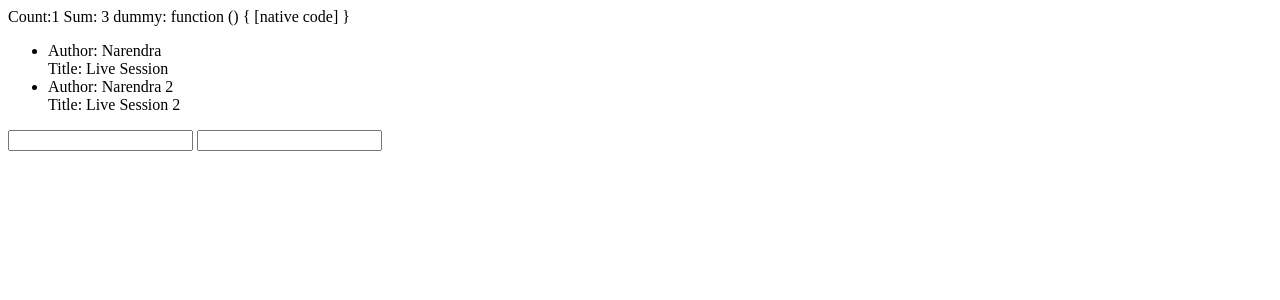
Repository: narendraiitm/may-2023-live-sessions
Page: index.html
These files come from the project's save history. The page is drawn as it stood at one moment and after the next save; the edit follows.
The browser window is 1280 px wide. The pictures show the whole page.

Above is the page before, as saved 2023-06-27 21:44:03.

### index.html
<!DOCTYPE html>
<html lang="en">
  <head>
    <meta charset="UTF-8" />
    <meta http-equiv="X-UA-Compatible" content="IE=edge" />
    <meta name="viewport" content="width=device-width, initial-scale=1.0" />
    <title>Document</title>
    <style>
      .danger {
        color: red;
      }
      .success {
        font-size: 1.5em;
      }
    </style>
  </head>
  <body>
    <div id="app"></div>
    <script src="https://cdn.jsdelivr.net/npm/vue@2/dist/vue.js"></script>
    <script src="./app.js"></script>
  </body>
</html>

### app.js
new Vue({
  // options object
  el: '#app',
  template: `
  <div>
    Count:{{count}}
    Sum: {{sum}}
    dummy: {{increeseCount}}
    <ul>
       <li v-for='blog in blogs'>
        <div>Author: {{blog.author}}</div>
        <div>Title: {{blog.title}}</div>
       </li>
    </ul>
    <input v-model='blog'></input>
    <input v-bind:value='name'></input>
  </div>
  `,
  data: {
    blogs: [
      { author: 'Narendra', title: 'Live Session' },
      { author: 'Narendra 2', title: 'Live Session 2' },
    ],
    blog: null,
    count: 1,
    a: 1,
    b: 2,
    name: null,
  },
  methods: {
    increeseCount() {
      this.b += 2
    },
  },
  computed: {
    sum() {
      return this.a + this.b
    },
  },
  watch: {
    b(newVal, oldVal) {
      const change = newVal - oldVal
      console.log(change)
    },
  },
})

After the next save:
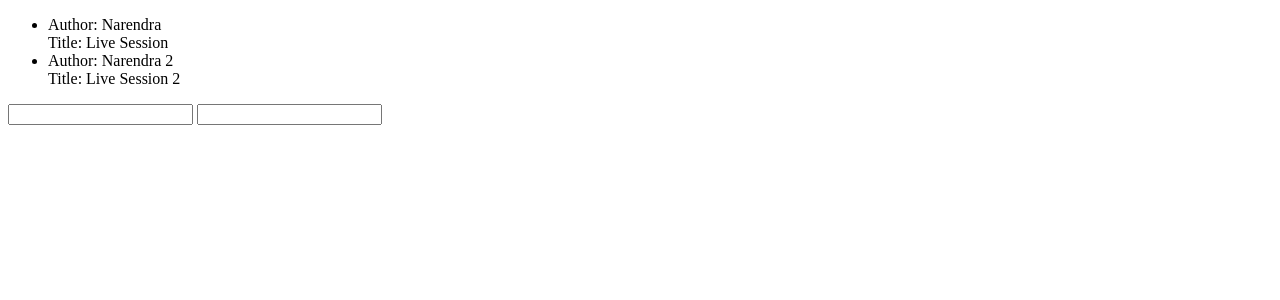
Saved 21 s later.
--- a/app.js
+++ b/app.js
@@ -3,9 +3,6 @@ new Vue({
   el: '#app',
   template: `
   <div>
-    Count:{{count}}
-    Sum: {{sum}}
-    dummy: {{increeseCount}}
     <ul>
        <li v-for='blog in blogs'>
         <div>Author: {{blog.author}}</div>
@@ -22,10 +19,6 @@ new Vue({
       { author: 'Narendra 2', title: 'Live Session 2' },
     ],
     blog: null,
-    count: 1,
-    a: 1,
-    b: 2,
-    name: null,
   },
   methods: {
     increeseCount() {
